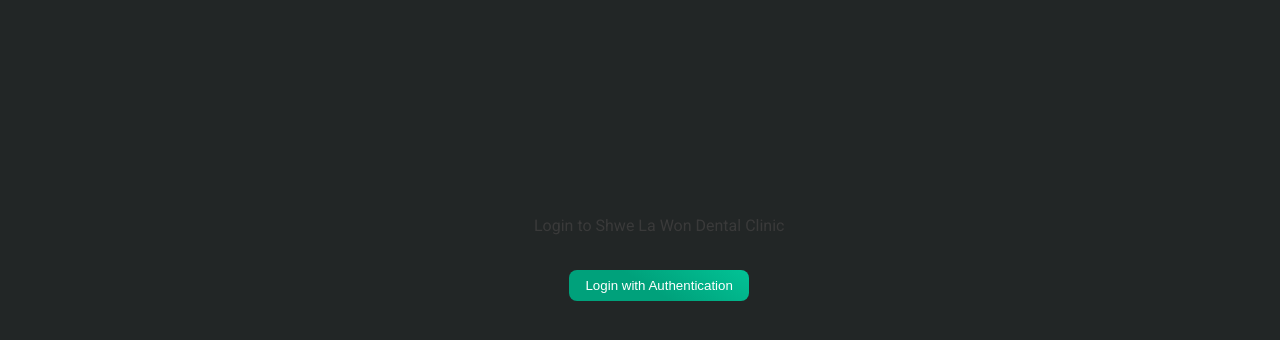
Repository: mrkaskar/frontendpatientrecord_typescript
Page: /
These files come from the project's save history. The page is drawn as it stood at one moment and after the next save; the edit follows.
The browser window is 1280 px wide. The pictures show the whole page.
The page's requests for data from a server got no answer. The project was rebuilt for these pictures with package versions that can differ from the ones it lists, and the page was loaded fresh each time. A package was used in the major version that the imports need, not the one package.json lists. No one was signed in, and anything a server would have sent is missing. Also part of the build but not shown: src/components/checkbox/styles/index.css, src/components/checkbox/main.tsx, src/components/dropdown/styles/index.css, src/components/dropdown/main.tsx, src/components/iconbutton/styles/index.css, src/components/iconbutton/main.tsx, src/components/table/styles/index.css, src/components/table/main.tsx and 49 more.

Above is the page before, as saved 2021-12-27 19:17:58.

### src/index.tsx
import React from 'react';
import ReactDOM from 'react-dom';
import './index.css';
import { QueryClient, QueryClientProvider } from 'react-query';
import App from './App';
import ThemeProvider from './components/global/context/ThemeProvider';
import UserProvider from './components/global/context/UserProvider';

const queryClient = new QueryClient();

ReactDOM.render(
  <ThemeProvider>
    <UserProvider>
      <QueryClientProvider client={queryClient}>
        <App />
      </QueryClientProvider>
    </UserProvider>
  </ThemeProvider>,
  document.getElementById('root'),
);

### src/index.css
body {
  margin: 0;
  font-family: -apple-system, BlinkMacSystemFont, 'Segoe UI', 'Roboto', 'Oxygen',
    'Ubuntu', 'Cantarell', 'Fira Sans', 'Droid Sans', 'Helvetica Neue',
    sans-serif;
  -webkit-font-smoothing: antialiased;
  -moz-osx-font-smoothing: grayscale;
}
body,
html {
  margin: 0;
  padding: 0;
}
* {
  box-sizing: border-box;
}
code {
  font-family: source-code-pro, Menlo, Monaco, Consolas, 'Courier New',
    monospace;
}

### src/App.tsx
import React, { useContext } from 'react';
import './App.css';
import {
  BrowserRouter as Router,
  Switch,
  Route,
} from 'react-router-dom';
import axios from 'axios';
import Colors from './components/global/themes/colors';
import { Toggler, Navbar, Loader } from './components';
import { ThemeContext } from './components/global/context/ThemeProvider';
import Dashboard from './screens/large/Dashboard';
import Patient from './screens/large/Patient';
import Medication from './screens/large/Medication';
import Treatment from './screens/large/Treatment';
import Users from './screens/large/Users';
import Login from './screens/large/Login';
import { UserContext } from './components/global/context/UserProvider';
import { baseURL } from './helpers/api/backend';

function App():JSX.Element {
  const { theme } = useContext(ThemeContext);
  const { user, setUser } = useContext(UserContext);
  const [auth, setAuth] = React.useState(false);

  React.useEffect(() => {
    async function checkAuth():Promise<void> {
      try {
        const result = await axios.get(`${baseURL}/checkauth`, {
          withCredentials: true,
        });
        setAuth(true);
        setUser({
          name: result.data.name,
          type: result.data.type,
        });
      } catch (e) {
        setAuth(true);
        throw e;
      }
    }
    checkAuth();
  }, []);

  if (!auth) {
    return (
      <div style={{
        display: 'flex',
        flexDirection: 'column',
        justifyContent: 'center',
        alignItems: 'center',
        marginTop: '200px',
      }}
      >
        <Loader />
        <br />
        <span>Authenticating</span>
      </div>
    );
  }
  return (
    <div
      className="App"
      style={{
        backgroundColor: Colors.background[theme],
      }}
    >
      {
      !user.name || !user.type
        ? <Login error="This user is not authenticated! Try with another user" />
        : (
          <Router>
            <div id="space">
              <div id="nav-space">
                <Navbar />
              </div>
              <div id="body-space">
                <span id="toggler">
                  <Toggler />
                </span>
                <Switch>
                  <Route path="/" exact component={Dashboard} />
                  <Route path="/patient" exact component={Patient} />
                  <Route path="/medication" exact component={Medication} />
                  <Route path="/treatment" exact component={Treatment} />
                  <Route path="/users" exact component={Users} />
                </Switch>
              </div>
            </div>
          </Router>
        )
    }
    </div>

  );
}

export default App;

### src/components/global/context/ThemeProvider.tsx
import React, { createContext } from 'react';

type Theme = 'light' | 'dark';

export interface IThemeContext {
  theme: Theme;
  toggleTheme: () => void
}
export const ThemeContext = createContext<IThemeContext>({
  theme: 'light',
  // eslint-disable-next-line @typescript-eslint/no-empty-function
  toggleTheme: () => {},
});

function ThemeProvider({ children }:{children: JSX.Element}):JSX.Element {
  const [theme, setTheme] = React.useState<Theme>(() => (localStorage.getItem('theme') === 'light' ? 'light' : 'dark'));
  let toggleTheme = ():void => {
    setTheme((prevTheme) => {
      const t = prevTheme === 'light' ? 'dark' : 'light';
      localStorage.setItem('theme', t);
      return t;
    });
  };
  toggleTheme = React.useCallback(toggleTheme, []);

  return (
    <ThemeContext.Provider
      value={{ theme, toggleTheme }}
    >
      {children}
    </ThemeContext.Provider>
  );
}

export default ThemeProvider;

### src/components/global/context/UserProvider.tsx
import React, { createContext } from 'react';

type User = 'admin' | 'casher';

export interface Iuser {
  name: string;
  type: string;
}

export const UserContext = createContext<{
  user: Iuser
  setUser: React.Dispatch<React.SetStateAction<Iuser>>
}|null>(null) as React.Context<{
  user: Iuser
  setUser: React.Dispatch<React.SetStateAction<Iuser>>
}>;

function UserProvider({ children }: {children: JSX.Element}):JSX.Element {
  const [user, setUser] = React.useState<Iuser>({
    name: '',
    type: '',
  });
  return (
    <UserContext.Provider value={{ user, setUser }}>
      {children}
    </UserContext.Provider>
  );
}

export default UserProvider;

### src/App.css
@import url('https://fonts.googleapis.com/css2?family=Roboto&display=swap');
@import url('https://fonts.googleapis.com/css2?family=Roboto:wght@100;300;400;700&display=swap');
body {
  font-family: 'Roboto', sans-serif;
}

.App {
  padding-left: 3%;
  height: 100vh;
  overflow: auto;
}

#space {
  display: flex;
  padding-top: 20px;
}

#body-space {
  position: relative;
  padding-left: 30px;
  padding-top: 0px;
}
#toggler {
  position: absolute;
  right: 0;
  top: -20px;
}

.board-title {
  font-weight: bold;
  display: inline-block;
  margin-top: 8px;
}
#patient-create:hover {
  cursor: pointer;
}
select {
  font-size: 12px;
  height: 24px;
  margin-top: 10px;
  padding: 3px 5px 3px 5px;
  border-radius: 5px;
  border: none;
}

select:focus {
  outline: none;
}

### src/components/global/themes/colors/index.ts
export default {
  background: {
    light: '#FCFFFD',
    dark: '#222626',
  },
  inputback: {
    light: '#F3F3F3',
    dark: '#414141',
  },
  level1: {
    light: '#FFFFFF',
    dark: '#2C2D31',
  },
  text: {
    light: '#3A3A3A',
    dark: '#FFFFFF',
  },
  lightText: {
    light: '#595959',
    dark: '#FFFFFF',
  },
};

### src/components/index.ts
export { default as Checkbox } from './checkbox';
export { default as Dropdown } from './dropdown';
export { default as Table } from './table';
export { default as Toggler } from './global/themes';
export { default as TextBox } from './textbox';
export { default as Modal } from './modal';
export { default as Image } from './imageupload';
export { default as Navbar } from './navbar';
export { default as Dashcard } from './dashcard';
export { default as Button } from './button';
export { default as Loader } from './loading';

### src/screens/large/Login.tsx
import React, { ReactElement, useContext } from 'react';
import { ThemeContext } from '../../components/global/context/ThemeProvider';
import { UserContext } from '../../components/global/context/UserProvider';
import './Login.css';

interface ILogin {
  error: string
}

function Login({ error }: ILogin):ReactElement {
  const { theme } = useContext(ThemeContext);
  return (
    <div style={{
      display: 'flex',
      flexDirection: 'column',
      justifyContent: 'center',
      alignItems: 'center',
      marginTop: '200px',
    }}
    >
      <p
        style={{ color: '#3a3a3a' }}
      >

        Login to Shwe La Won Dental Clinic

      </p>
      <br />
      <button
        style={{
          backgroundColor: 'rgb(0,161,123)',
          backgroundImage: 'linear-gradient(32deg, rgba(0,161,123,1) 44%, rgba(2,195,150,1) 100%)',
          border: 'none',
          color: 'white',
          padding: '8px 16px 8px 16px',
          borderRadius: '8px',
        }}
        type="button"
      >
        Login with Authentication
      </button>
      <br />
      {
          error && (
          <p
            style={{
              color: '#ff6e6e',
              fontSize: '14px',
            }}
            className="fadeout"
          >
            {error}
          </p>
          )
        }
    </div>
  );
}

export default Login;

### src/helpers/api/backend.ts
// const base = 'https://backendpatientapp.herokuapp.com';
export const baseURL = 'http://localhost:5000';
export const url = `${baseURL}/api`;

### src/screens/large/Login.css
.fadeout {
  animation: fadeout 4s;
  animation-fill-mode: forwards;
  animation-timing-function: ease-in;
}

@keyframes fadeout {
  from {
    display: block;
  }
  to {
    opacity: 0;
  }
}

### src/components/loading/main.tsx
import React, { ReactElement } from 'react';
import './styles/index.css';

function Loader():ReactElement {
  return (

    <div className="lds-grid">
      <div />
      <div />
      <div />
      <div />
      <div />
      <div />
      <div />
      <div />
      <div />
    </div>
  );
}

export default Loader;

Loaded but not shown: public/index.html (common file); src/components/checkbox/index.ts (common file); src/components/dropdown/index.ts (common file); src/components/table/index.ts (common file); src/components/global/themes/index.ts (common file); src/components/textbox/index.ts (common file); src/components/modal/index.ts (common file); src/components/imageupload/index.ts (common file); src/components/navbar/index.ts (common file); src/components/dashcard/index.ts (common file); src/components/button/index.ts (common file); src/components/loading/index.ts (common file)

After the next save:
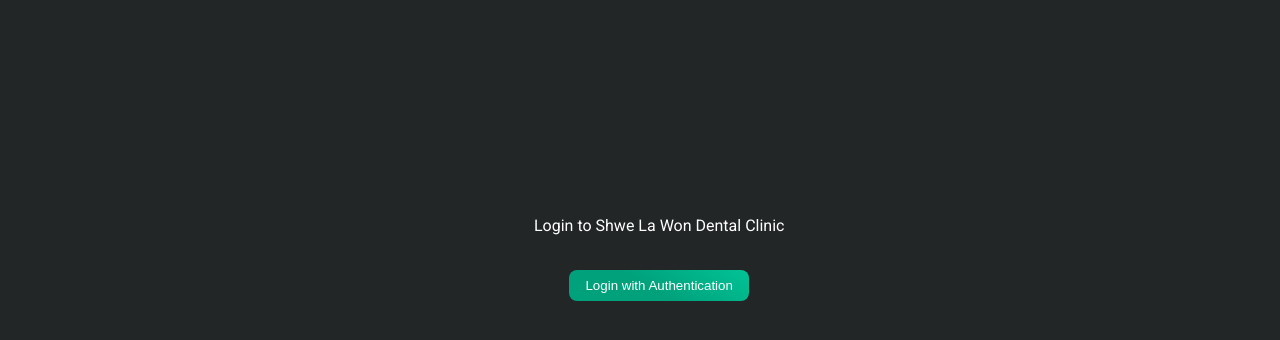
Saved 66 s later.
--- a/src/screens/large/Login.tsx
+++ b/src/screens/large/Login.tsx
@@ -1,6 +1,7 @@
 import React, { ReactElement, useContext } from 'react';
 import { ThemeContext } from '../../components/global/context/ThemeProvider';
 import { UserContext } from '../../components/global/context/UserProvider';
+import colors from '../../components/global/themes/colors';
 import './Login.css';
 
 interface ILogin {
@@ -19,7 +20,7 @@
     }}
     >
       <p
-        style={{ color: '#3a3a3a' }}
+        style={{ color: colors.lightText[theme] }}
       >
 
         Login to Shwe La Won Dental Clinic
